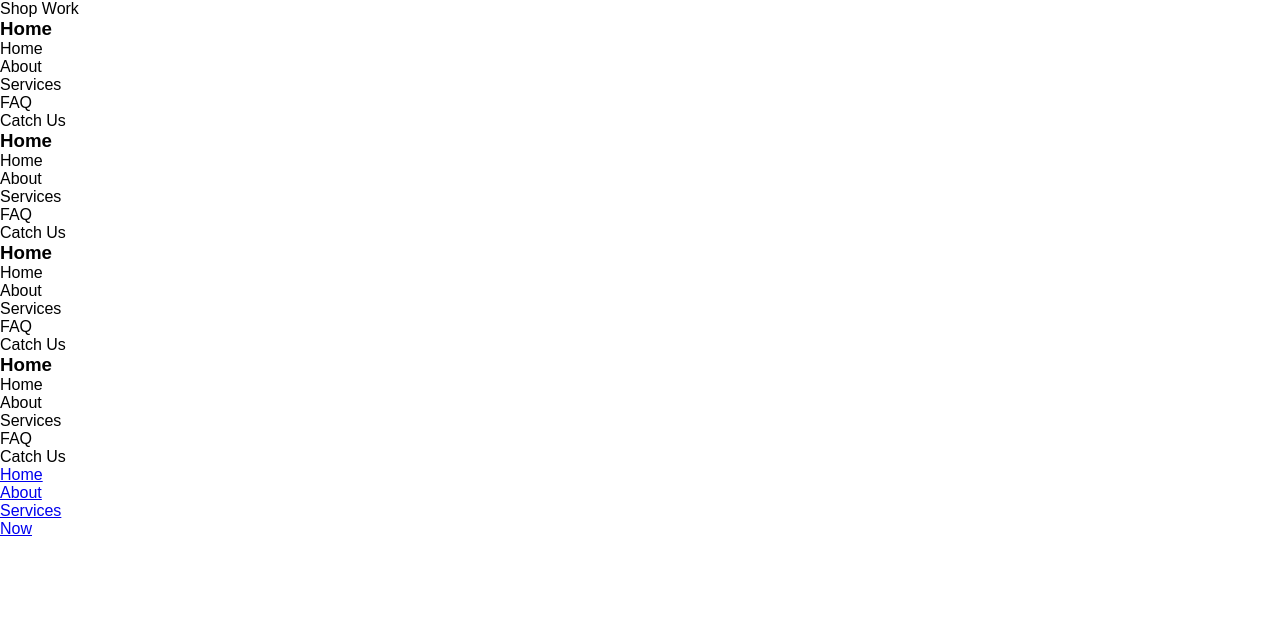
Repository: mxhdiqaim/lenviteck
Page: dist/index.html
An editor plug-in stored every save of this project. The page is shown before and after the next save, followed by the edit.
The browser window is 1280 px wide. The pictures show the whole page.
The style sheet was rebuilt from its Sass, Less or Tailwind sources for each picture, by a compiler version that may differ from the author's.

Above is the page before, as saved 2021-04-11 09:03:46.

### dist/index.html
<!DOCTYPE html>
<html lang="en">
<head>
    <meta charset="UTF-8">
    <meta http-equiv="X-UA-Compatible" content="IE=edge">
    <meta name="viewport" content="width=device-width, initial-scale=1.0">
    <link rel="stylesheet" href="./styles/main.css">
    <title>Shop Work</title>
</head>
<body>

  <section class="content">
    <nav class="navbar bg-dark">
        <div class="logo">
            Shop Work
        </div>
    </nav>


    <section class="container">
       <div class="home">
            <h1>Home</h1>
            <ul>
                <li>Home</li>
                <li>About</li>
                <li>Services</li>
                <li>FAQ</li>
                <li>Catch Us</li>
            </ul>
       </div>
       <div class="works">
        <h1>Home</h1>
            <ul>
                <li>Home</li>
                <li>About</li>
                <li>Services</li>
                <li>FAQ</li>
                <li>Catch Us</li>
            </ul>
       </div>
       <div class="services">
                <h1>Home</h1>
                <ul>
                    <li>Home</li>
                    <li>About</li>
                    <li>Services</li>
                    <li>FAQ</li>
                    <li>Catch Us</li>
                </ul>
       </div>
       <div class="services">
            <h1>Home</h1>
            <ul>
                <li>Home</li>
                <li>About</li>
                <li>Services</li>
                <li>FAQ</li>
                <li>Catch Us</li>
            </ul>
        </div>


    </section>
</section>
    <footer>
        <ul>
            <li><a href="#">Home</a></li>
            <li><a href="#">About</a></li>
            <li><a href="#">Services</a></li>
            <li><a href="#">Now</a></li>
        </ul>
    </footer>
</body>
</html>

### dist/styles/main.scss
// Global variables
$primary-color: #dc3545;
$dark-color: #333333;
$light-color: #f4f4f4;
$danger-color: #dc3545;
$success-color: #28a745;

* {
  padding: 0;
  margin: 0;
  box-sizing: border-box;
}

body {
  font-family: Arial, Helvetica, sans-serif;
}

After the next save:
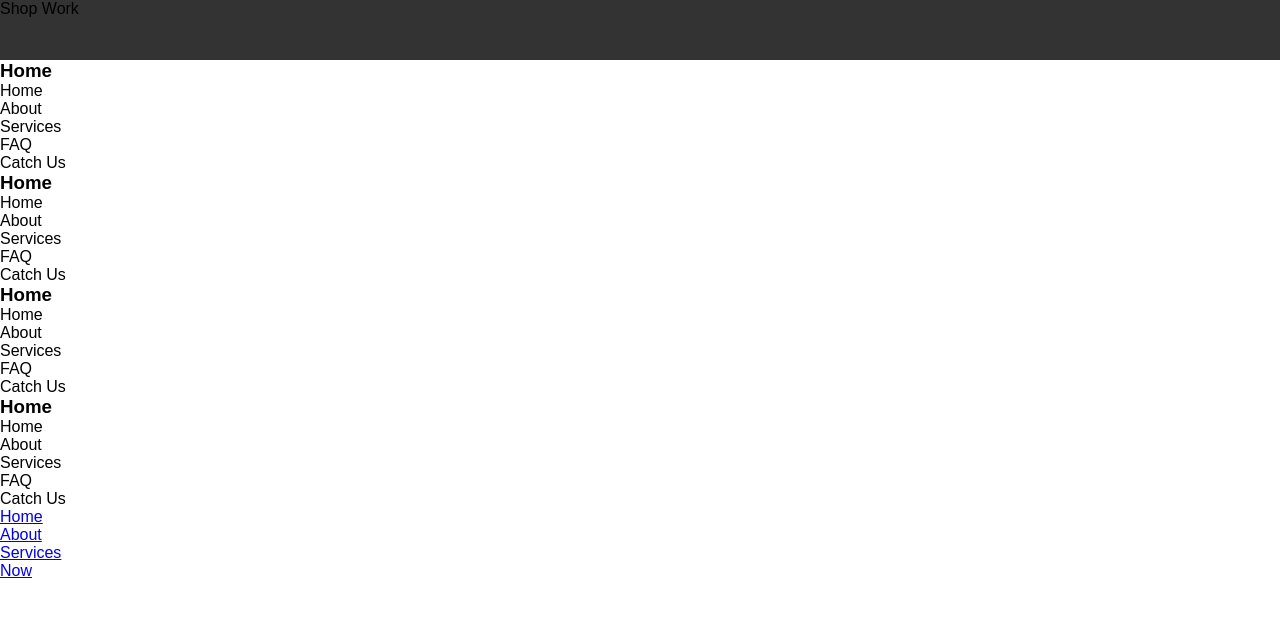
Saved 6 min 23 s later.
--- a/dist/styles/main.scss
+++ b/dist/styles/main.scss
@@ -14,3 +14,8 @@ $success-color: #28a745;
 body {
   font-family: Arial, Helvetica, sans-serif;
 }
+
+nav {
+  height: 60px;
+  background-color: $dark-color;
+}
